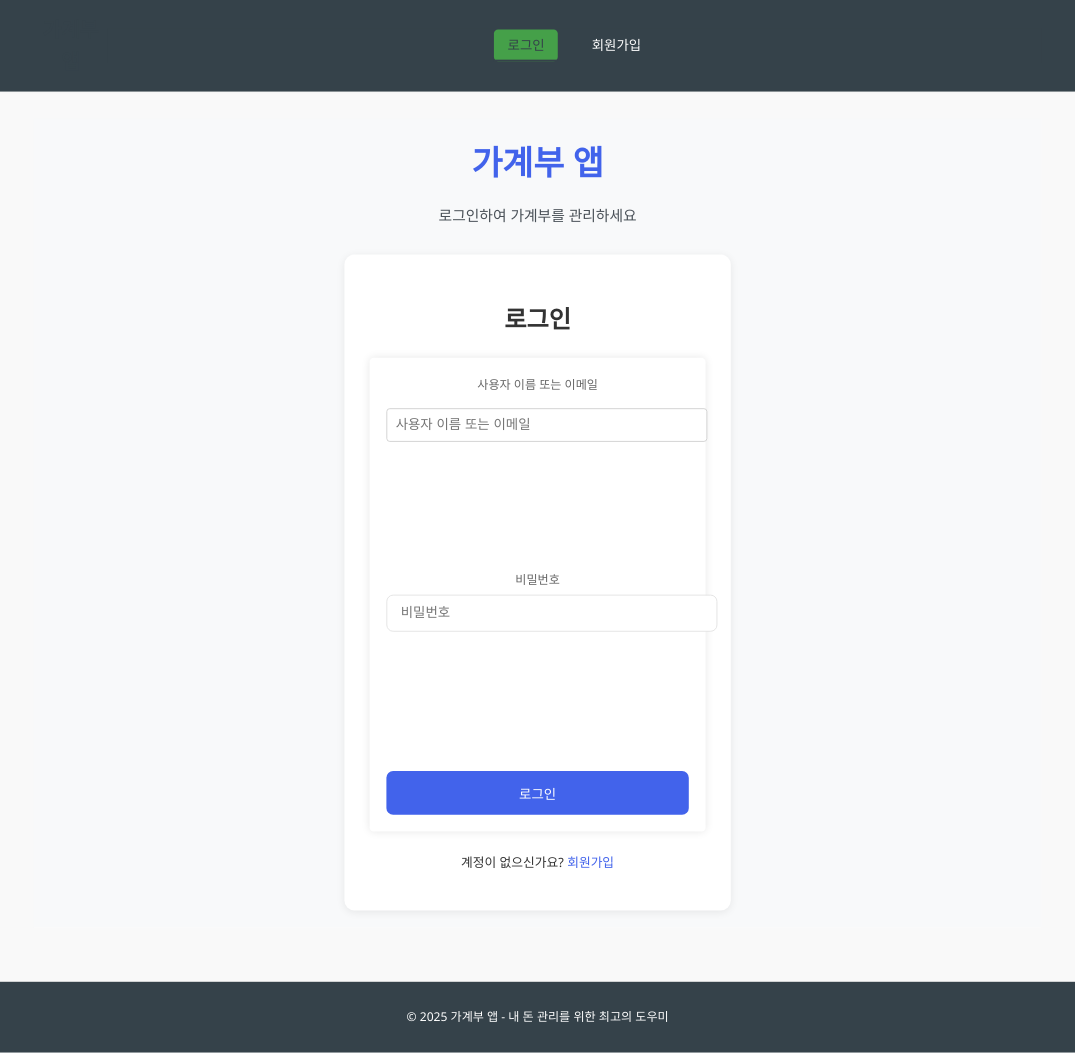
Repository: dldnwls07/Register_Login_Form
Page: /
These files come from the project's save history. The page is drawn as it stood at one moment and after the next save; the edit follows.
The browser window is 1280 px wide. The pictures show the whole page, at 84% of full size.
The project was rebuilt for these pictures with package versions that can differ from the ones it lists, and the page was loaded fresh each time. Also part of the build but not shown: src/components/Summary.jsx, src/styles/pages/MainPage.css, src/pages/MainPage.jsx, src/utils/categoryData.js, src/components/CategorySelector.jsx, src/components/EntryForm.jsx, src/components/EntryTable.jsx, src/components/SearchBar.jsx and 14 more.

Above is the page before, as saved 2025-05-23 13:57:21.

After the next save:
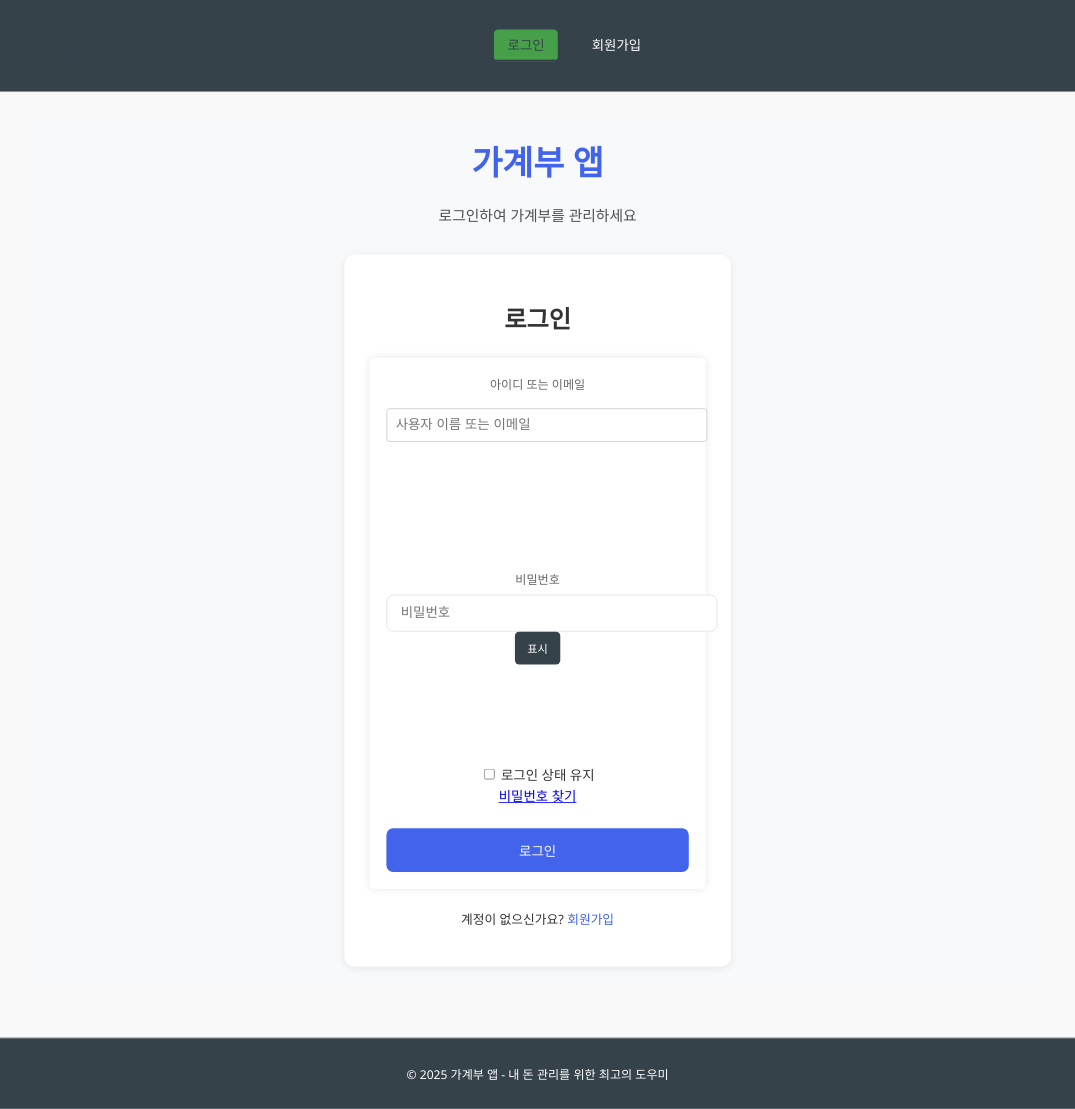
Saved 68 s later.
--- a/src/components/LoginForm.jsx
+++ b/src/components/LoginForm.jsx
@@ -11,6 +11,8 @@ const LoginForm = ({ onLoginSuccess }) => {
   const [errors, setErrors] = useState({});
   const [isLoading, setIsLoading] = useState(false);
   const [successMessage, setSuccessMessage] = useState('');
+  const [showPassword, setShowPassword] = useState(false);
+  const [loginAttempts, setLoginAttempts] = useState(0);
 
   const navigate = useNavigate();
   const location = useLocation();
@@ -41,6 +43,10 @@ const LoginForm = ({ onLoginSuccess }) => {
     }
   };
 
+  const togglePasswordVisibility = () => {
+    setShowPassword(!showPassword);
+  };
+
   const validateForm = () => {
     const newErrors = {};
 
@@ -82,7 +88,21 @@ const LoginForm = ({ onLoginSuccess }) => {
       navigate('/');
     } catch (error) {
       console.error('로그인 오류:', error);
-      setErrors({ general: error.message });
+      // 실패한 로그인 시도 횟수 증가
+      setLoginAttempts(prev => prev + 1);
+
+      // 오류 메시지 표시
+      if (error.code === 'auth/too-many-attempts') {
+        setErrors({ general: '너무 많은 로그인 시도가 있었습니다. 잠시 후 다시 시도해주세요.' });
+      } else if (error.code === 'auth/account-locked') {
+        setErrors({ general: '계정이 잠겼습니다. 잠시 후 다시 시도해주세요.' });
+      } else if (error.code === 'auth/user-not-found') {
+        setErrors({ usernameOrEmail: '등록되지 않은 계정입니다.' });
+      } else if (error.code === 'auth/wrong-password') {
+        setErrors({ password: '잘못된 비밀번호입니다.' });
+      } else {
+        setErrors({ general: error.message || '로그인에 실패했습니다. 다시 시도해주세요.' });
+      }
     } finally {
       setIsLoading(false);
     }
@@ -102,7 +122,7 @@ const LoginForm = ({ onLoginSuccess }) => {
 
       <form className="auth-form" onSubmit={handleSubmit}>
         <div className="form-group">
-          <label htmlFor="usernameOrEmail">사용자 이름 또는 이메일</label>
+          <label htmlFor="usernameOrEmail">아이디 또는 이메일</label>
           <input
             type="text"
             id="usernameOrEmail"
@@ -111,6 +131,8 @@ const LoginForm = ({ onLoginSuccess }) => {
             onChange={handleChange}
             placeholder="사용자 이름 또는 이메일"
             disabled={isLoading}
+            className={errors.usernameOrEmail ? 'input-error-field' : ''}
+            autoComplete="username"
           />
           {errors.usernameOrEmail && (
             <div className="input-error">{errors.usernameOrEmail}</div>
@@ -119,16 +141,37 @@ const LoginForm = ({ onLoginSuccess }) => {
 
         <div className="form-group">
           <label htmlFor="password">비밀번호</label>
-          <input
-            type="password"
-            id="password"
-            name="password"
-            value={formData.password}
-            onChange={handleChange}
-            placeholder="비밀번호"
-            disabled={isLoading}
-          />
+          <div className="password-input-container">
+            <input
+              type={showPassword ? "text" : "password"}
+              id="password"
+              name="password"
+              value={formData.password}
+              onChange={handleChange}
+              placeholder="비밀번호"
+              disabled={isLoading}
+              className={errors.password ? 'input-error-field' : ''}
+              autoComplete="current-password"
+            />
+            <button
+              type="button"
+              className="toggle-password-btn"
+              onClick={togglePasswordVisibility}
+              aria-label={showPassword ? "비밀번호 숨기기" : "비밀번호 표시"}
+            >
+              {showPassword ? "숨기기" : "표시"}
+            </button>
+          </div>
           {errors.password && <div className="input-error">{errors.password}</div>}
+        </div>
+
+        <div className="form-options">
+          <div className="remember-me">
+            <label>
+              <input type="checkbox" name="remember" /> 로그인 상태 유지
+            </label>
+          </div>
+          <Link to="/forgot-password" className="forgot-password-link">비밀번호 찾기</Link>
         </div>
 
         <button
@@ -138,6 +181,12 @@ const LoginForm = ({ onLoginSuccess }) => {
         >
           {isLoading ? '로그인 중...' : '로그인'}
         </button>
+
+        {loginAttempts > 2 && (
+          <div className="auth-warning-message">
+            여러 번의 로그인 실패 시 계정이 일시적으로 잠길 수 있습니다.
+          </div>
+        )}
       </form>
 
       <div className="auth-links">
